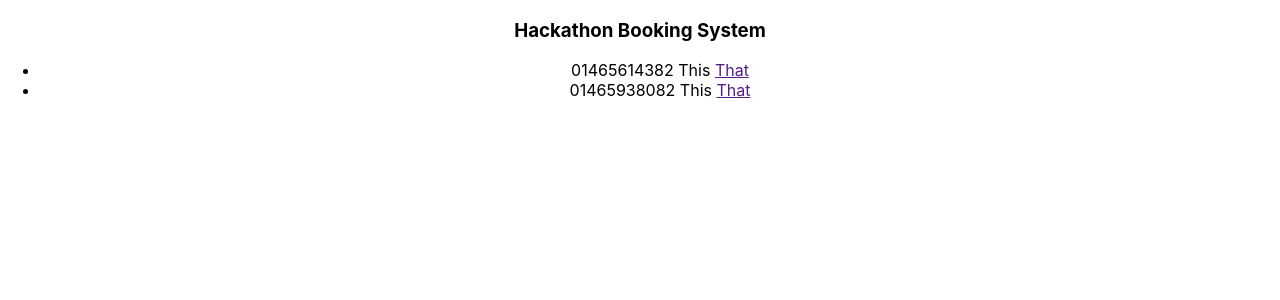
Repository: marlonguerios/onerecord_hackathon_2022
Page: /
These files come from the project's save history. The page is drawn as it stood at one moment and after the next save; the edit follows.
The browser window is 1280 px wide. The pictures show the whole page.
The project was rebuilt for these pictures with package versions that can differ from the ones it lists, and the page was loaded fresh each time.

Above is the page before, as saved 2022-10-22 16:23:32.

After the next save:
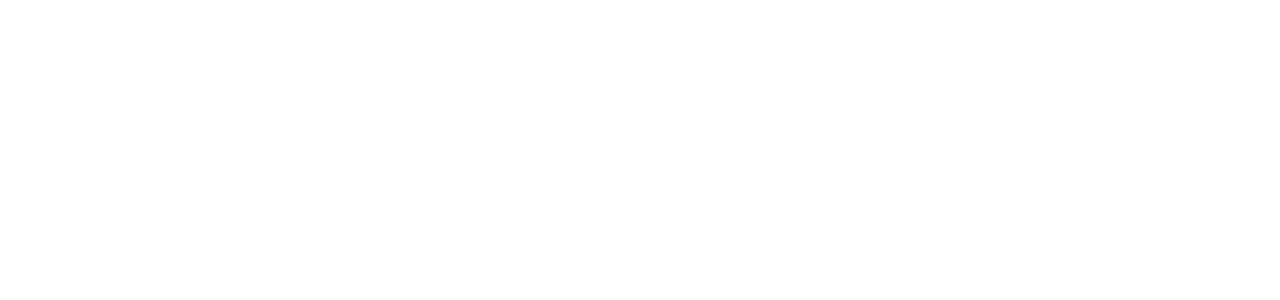
Saved 11 s later.
--- a/src/App.js
+++ b/src/App.js
@@ -9,20 +9,6 @@
     <Fetch>
       {({ data }) => (
       <>
-        <div className="App">
-          <h3>Hackathon Booking System</h3>
-          <div>
-            <ul>
-            { data.map( (awb) => {
-              return <li key={awb["iata:booking:waybillNumber"]["iata:waybill:waybillNumber"]}>
-                {awb["iata:booking:waybillNumber"]["iata:waybill:waybillNumber"]}
-                &nbsp;<a>This</a>
-                &nbsp;<a href="">That</a>
-                </li>
-            })}
-            </ul>
-          </div>
-        </div>
       </>
       )}
     </Fetch>

After the 6 saves that followed:
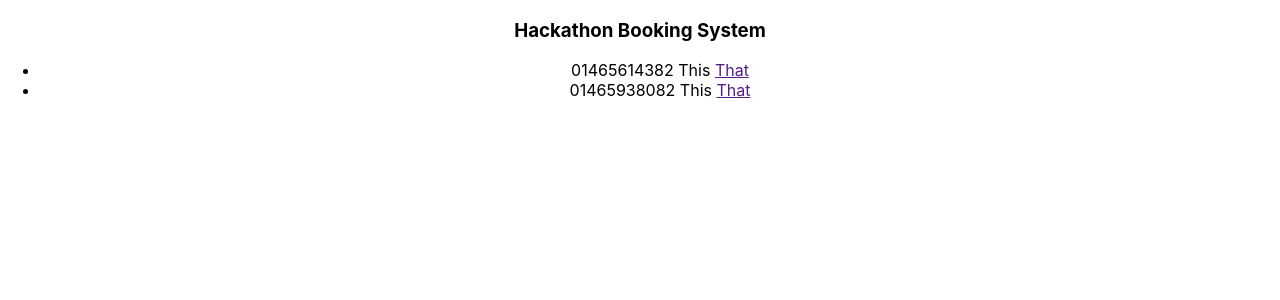
The 6 saves are shown as one change because 1 did not build or start and 3 left the picture as it was and some came seconds apart.
The last was saved 70 s later.
--- a/src/App.js
+++ b/src/App.js
@@ -1,6 +1,7 @@
 import logo from './logo.svg';
 import './App.css';
 import Fetch from './Fetch.js';
+import Dashboard from './Dashboard';
 
 const datasetId = "TheBackend"
 
@@ -9,6 +10,7 @@
     <Fetch>
       {({ data }) => (
       <>
+        <Dashboard data={data}></Dashboard>
       </>
       )}
     </Fetch>
--- a/src/Dashboard.js
+++ b/src/Dashboard.js
@@ -1,6 +1,24 @@
 import React, { Component } from "react";
 
 class Dashboard extends Component {
+
+    render() {
+        return <div className="App">
+            <h3>Hackathon Booking System</h3>
+            <div>
+                <ul>
+                    {this.props.data.map((awb) => {
+                        return <li key={awb["iata:booking:waybillNumber"]["iata:waybill:waybillNumber"]}>
+                            {awb["iata:booking:waybillNumber"]["iata:waybill:waybillNumber"]}
+                            &nbsp;<a>This</a>
+                            &nbsp;<a href="">That</a>
+                        </li>
+                    })}
+                </ul>
+            </div>
+        </div>
+
+    }
 }
 
 export default Dashboard;
